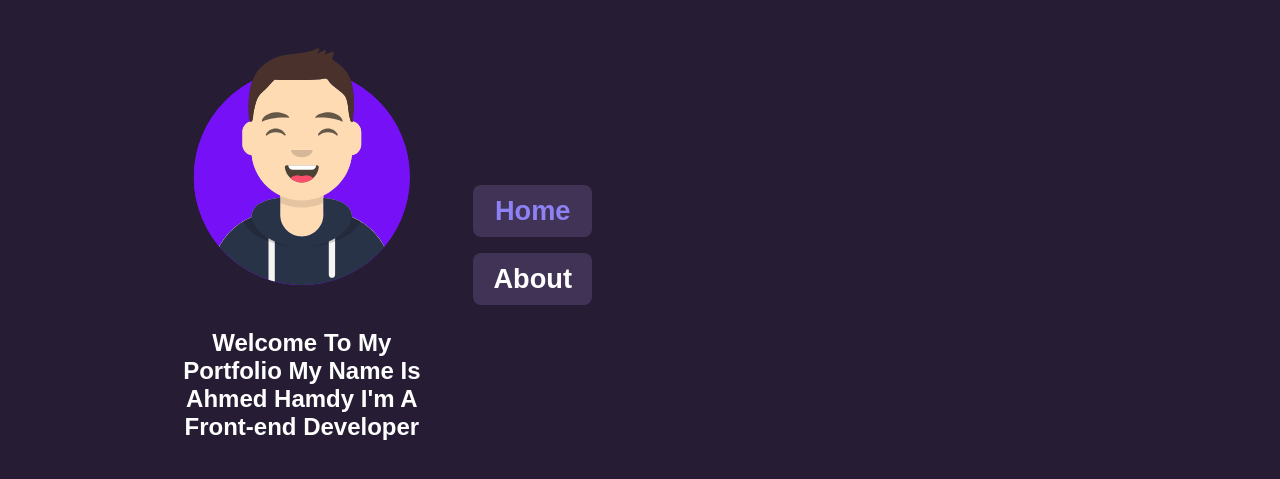
Repository: ahamdy997/portfolio
Page: /
These files come from the project's save history. The page is drawn as it stood at one moment and after the next save; the edit follows.
The browser window is 1280 px wide. The pictures show the whole page.
The project was rebuilt for these pictures with package versions that can differ from the ones it lists, and the page was loaded fresh each time. Also part of the build but not shown: vue.config.js.

Above is the page before, as saved 2023-11-05 22:50:38.

After the next save:
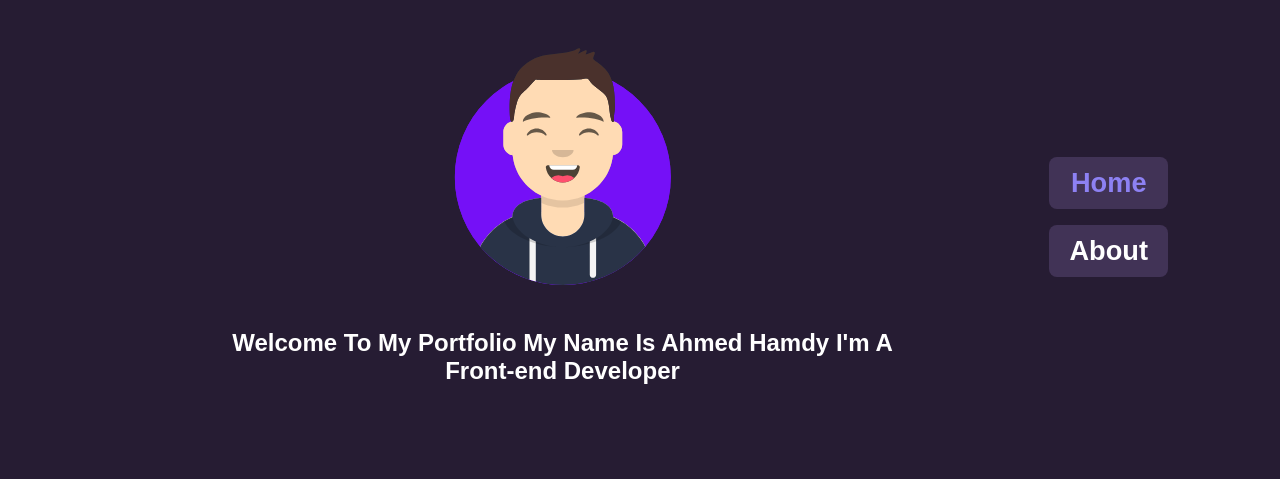
Saved 24 s later.
--- a/src/App.vue
+++ b/src/App.vue
@@ -16,13 +16,14 @@
   padding: 0;
   margin: 0;
 }
-
+#app {
+  width: 90%;
+}
 .flex {
   display: flex;
   align-items: center;
   justify-content: space-between;
   padding: 3rem;
-  width: 50%;
 }
 header {
   font-size: 1.7rem;
